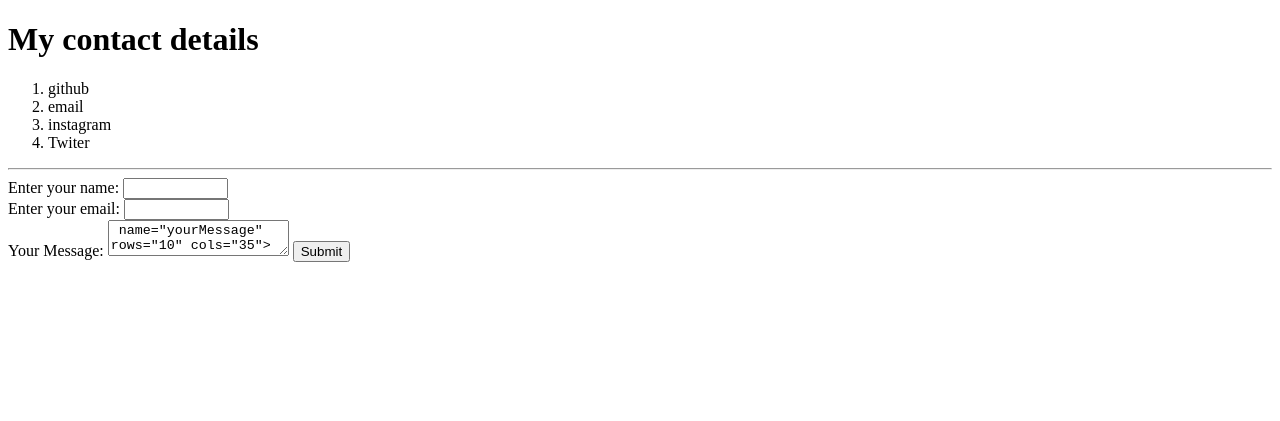
Repository: ew-code/Web-Development
Page: HTML - Personal Site/contact.html
An editor plug-in stored every save of this project. The page is shown before and after the next save, followed by the edit.
The browser window is 1280 px wide. The pictures show the whole page.

Above is the page before, as saved 2021-01-05 00:02:28.

After the next save:
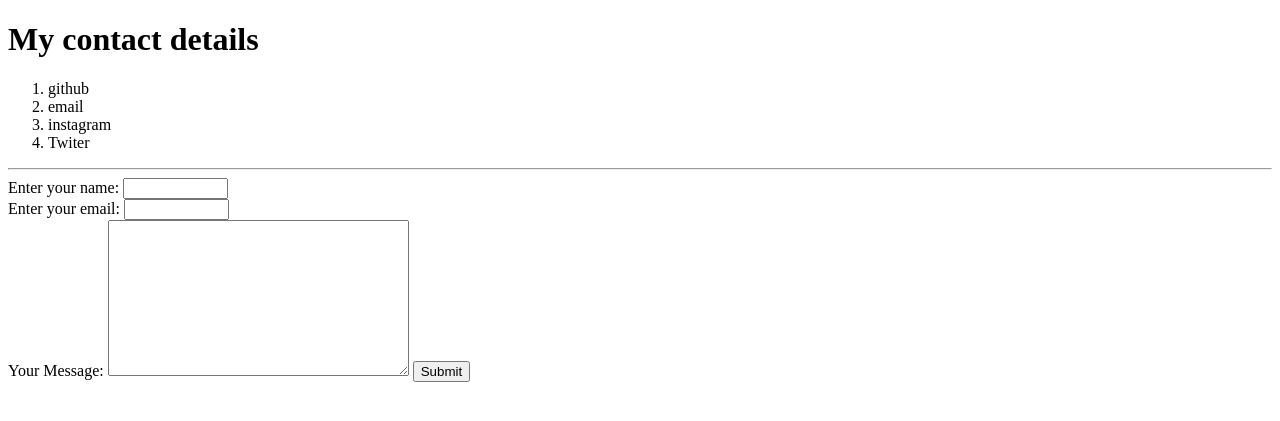
Saved 9 s later.
--- a/HTML - Personal Site/contact.html
+++ b/HTML - Personal Site/contact.html
@@ -23,7 +23,7 @@
     <label for="email">Enter your email:</label>
     <input type="email" name="email" id="email" minlength="4" maxlength="50" size="10"><br>
     <label>Your Message:</label>
-    <textarea> name="yourMessage" rows="10" cols="35"></textarea>
+    <textarea name="yourMessage" rows="10" cols="35"></textarea>
     <input type="submit">
   </form>
 
